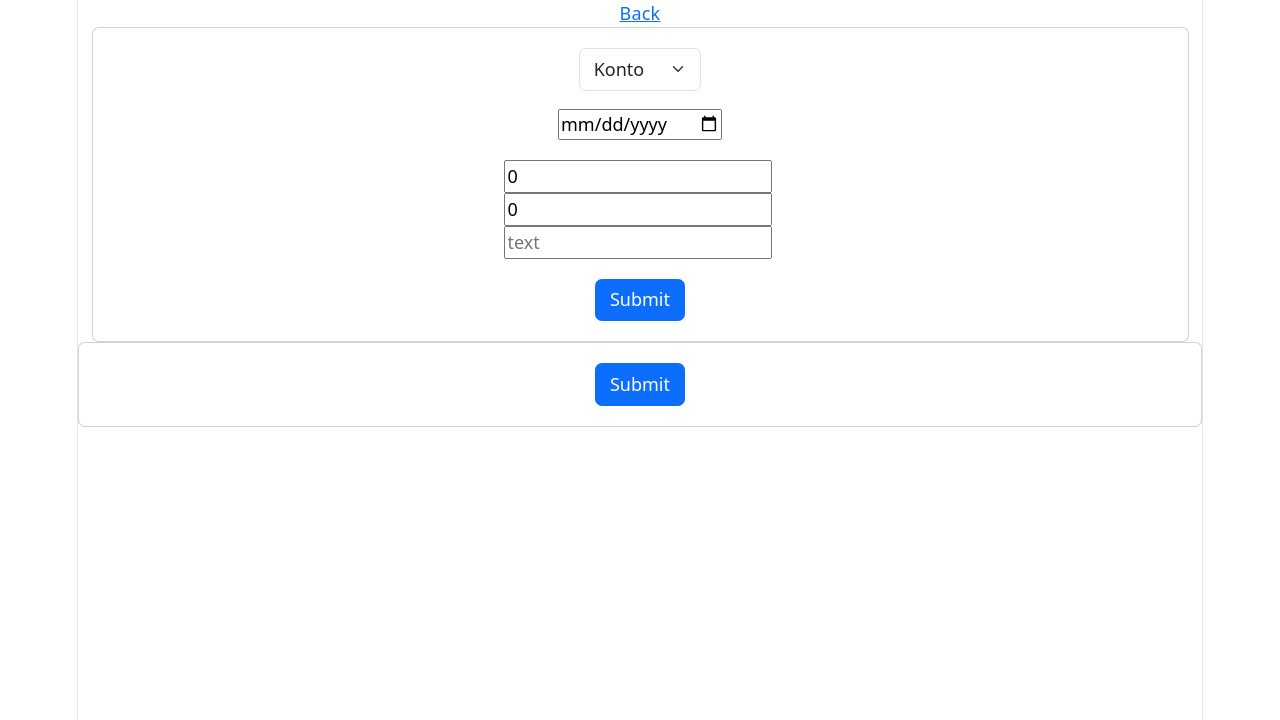
Repository: supply24/kidsaccount
Page: /action
The author's editor kept a copy of each file at every save. The page is drawn from the files as they stood at one save, then again after the next save.
The browser window is 1280 px wide. The pictures show the whole page.
The page's requests for data from a server got no answer. The project was rebuilt for these pictures with package versions that can differ from the ones it lists, and the page was loaded fresh each time. No one was signed in, and anything a server would have sent is missing. Also part of the build but not shown: vite.config.js, src/App.css, src/App.jsx, src/Homing.jsx, src/Emilia.jsx, src/Alexander.jsx.

Above is the page before, as saved 2026-08-01 11:53:12.

After the next save:
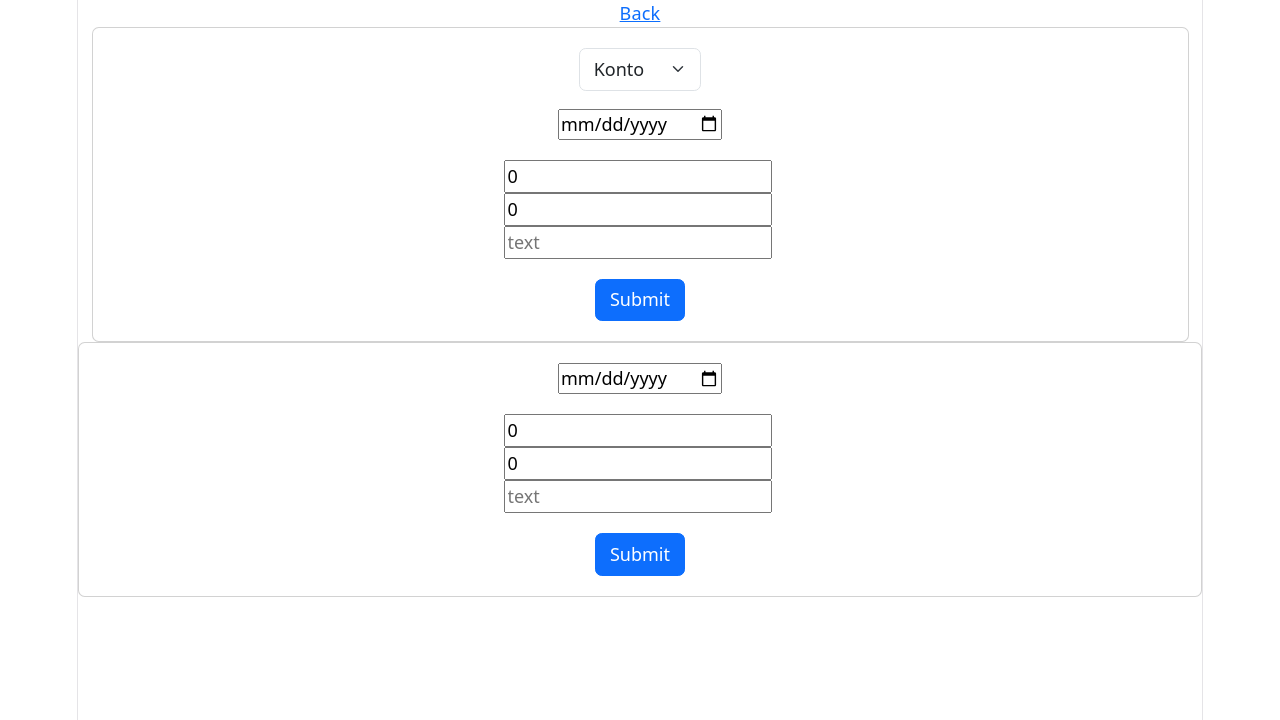
Saved 16 min 10 s later.
--- a/src/Actions.jsx
+++ b/src/Actions.jsx
@@ -42,7 +42,10 @@ const Actions = () => {
       }
 
 
-        //    const sumx = (debet) - (kredit)
+          useEffect(()=>{
+        getCounts()
+      },[]
+      )
 
       const payload= [{
     konto :{ kredit, debet, kontox}, datetime, texting
@@ -56,10 +59,19 @@ const Actions = () => {
               console.error("konto info", data)
       }}
 
-      useEffect(()=>{
-        getCounts()
-      },[]
-      )
+      const payload1 = [{
+        konto1 :{ kredit, debet, kontox}, datetime, texting
+                   }]
+      const handleSubmit1=async(e)=>{
+        e.preventDefault()
+          const {data, error} = await supabase.from("Accounting").insert(payload1);
+          if(error)
+            console.error("error yes", error)
+            else{
+              console.error("konto info", data)
+      }}
+
+
 
       async function getCounts(){
         const {data, error} = await supabase.from("Accounting").select("*")
@@ -108,13 +120,23 @@ const Actions = () => {
  <Row>
  <Container>
       <Card>
-        <Form onSubmit={handleSubmit}>
+        <Form onSubmit={handleSubmit1}>
           <Col md={4} className="mx-auto" style={{marginTop:"20px"}}>
-          <Button type="submit" style={{marginBottom:20}}>Submit</Button>
-</Col>
+
+<input type="date" value={datetime} onChange={handleDatetime} /><Break/>
+<input type="number" value={kredit} onChange={handleKredit} placeholder='kredit'/>&nbsp;
+<input type="number" value={debet} onChange={handleDebet} placeholder='debet'/>&nbsp;
+<input type="text" value={texting} onChange={handleTexting} placeholder='text'/>&nbsp;
+
+<Col align="center" md  ={4} className="mx-auto" style={{marginTop:"20px"}}>
+  </Col>
+  </Col>
+  <Button type="submit" style={{marginBottom:20}}>Submit</Button>
 </Form>
       </Card>
     </Container>
+
+
   </Row>
           </div>
   )
